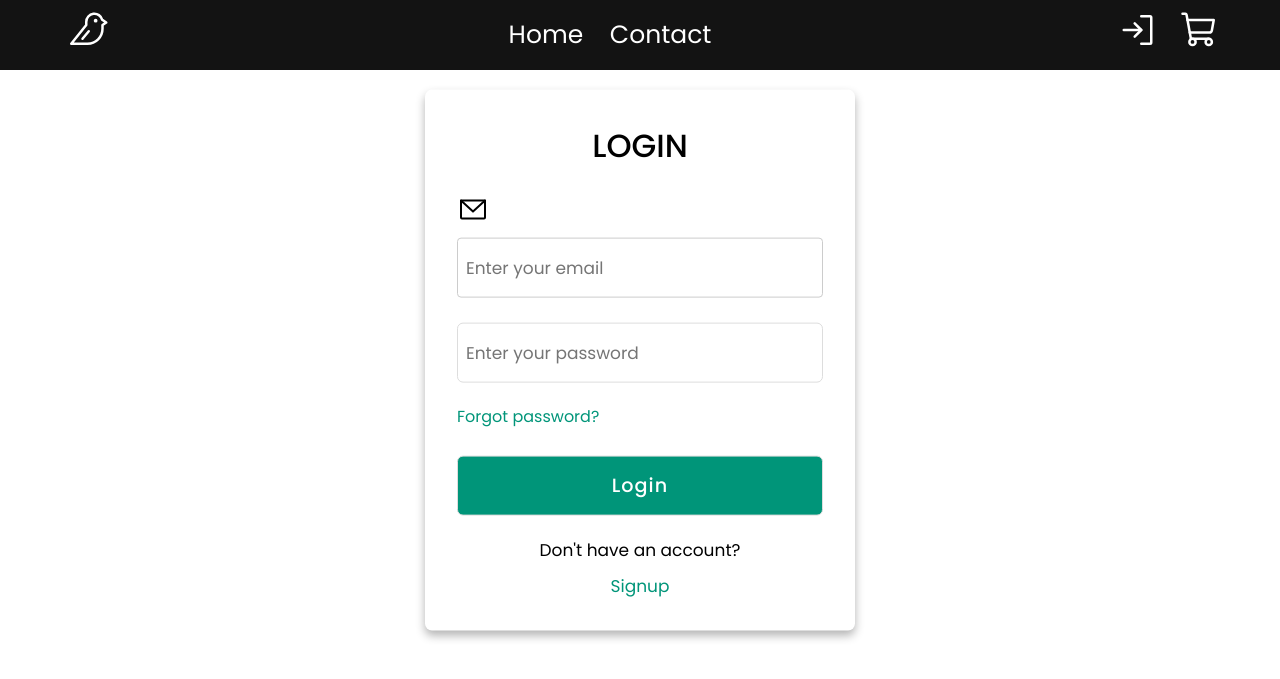
Repository: hoangdanh2/swp301
Page: /register
An editor plug-in stored every save of this project. The page is shown before and after a run of saves, followed by the edit.
The browser window is 1280 px wide. The pictures show the whole page.
The project was rebuilt for these pictures with package versions that can differ from the ones it lists, and the page was loaded fresh each time. Also part of the build but not shown: src/pages/shop/product.jsx, src/pages/shop/shop.css, src/pages/shop/shop.jsx, src/pages/contact/contact.jsx, src/pages/cart/cart-item.jsx, src/pages/cart/cart.css, src/pages/cart/cart.jsx.

Above is the page before, as saved 2023-05-29 10:42:12.

After the next 2 saves:
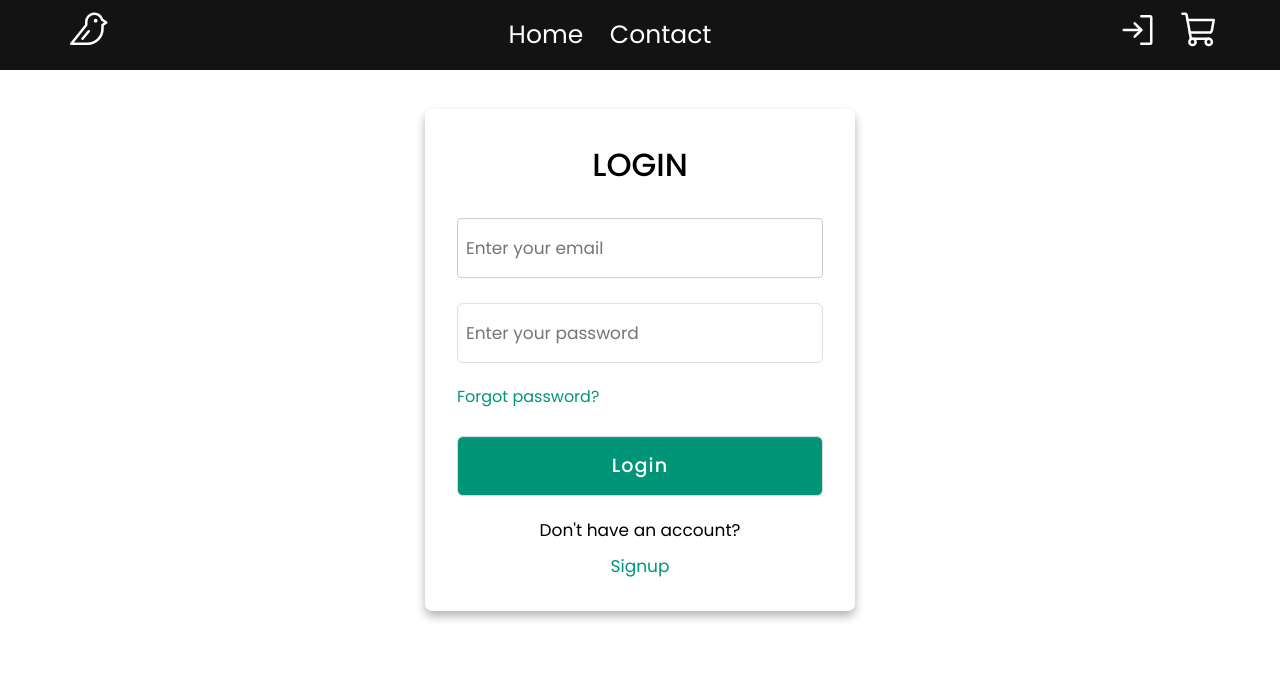
The 2 saves are shown as one change because 1 did not build or start.
The last was saved 63 s later.
--- a/src/pages/register/register.jsx
+++ b/src/pages/register/register.jsx
@@ -9,7 +9,7 @@ export const Register = () => {
     <div className="login form">
       <header>LOGIN</header>
       <form action="#">
-        <span><EnvelopeSimple size={32} /></span><input type="text" placeholder="Enter your email"></input>
+        <input type="text" placeholder="Enter your email"></input>
         <input type="password" placeholder="Enter your password"></input>
         <a href="#">Forgot password?</a>
         <input type="button" className="button" value="Login"></input>
